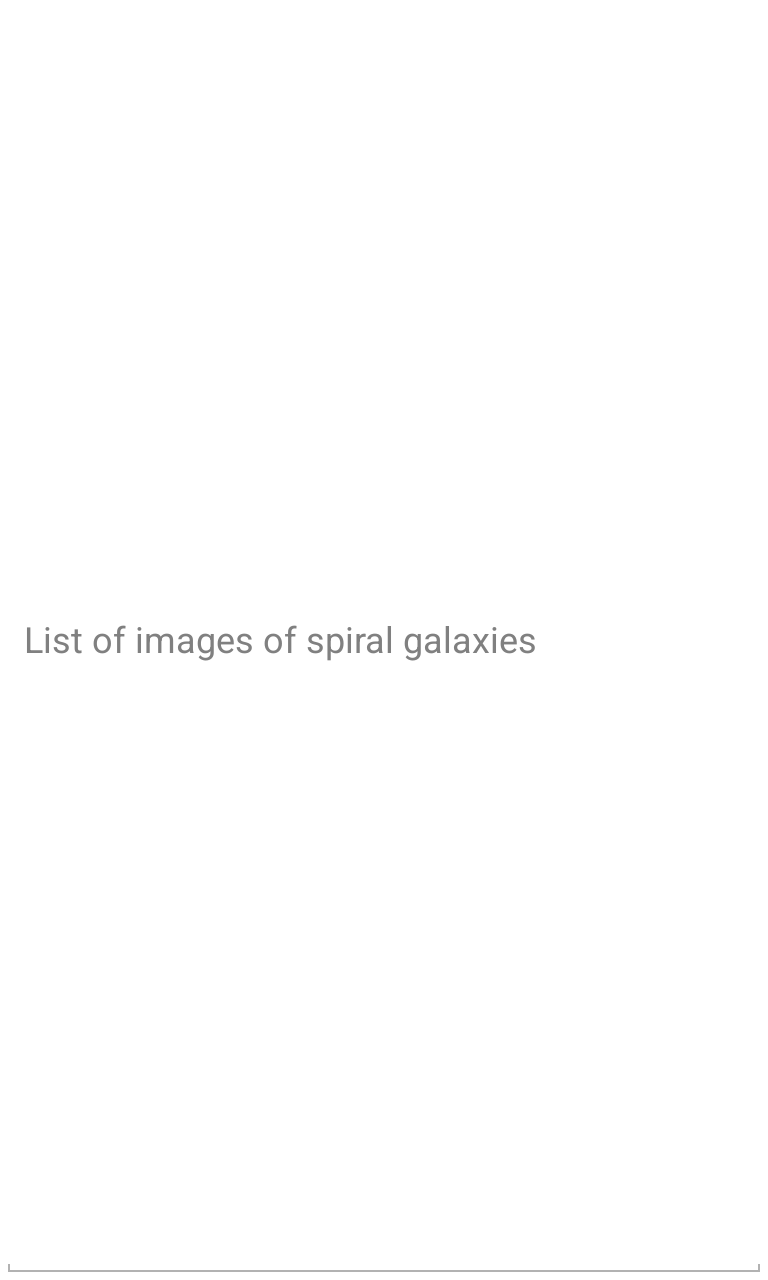
Repository: arianaantonio/Java2_Antonio
Layout: SpaceImageViewer/res/layout/preferences_dialog.xml
These files come from the project's save history. The layout is drawn as it stood at one moment and after the next save; the edit follows.
It is drawn on a 768 x 1280 px phone screen (xhdpi) without system bars, with theme AppTheme; the app's code is not run.

Above is the layout before, as saved 2014-07-30 02:15:49.

After the next save:
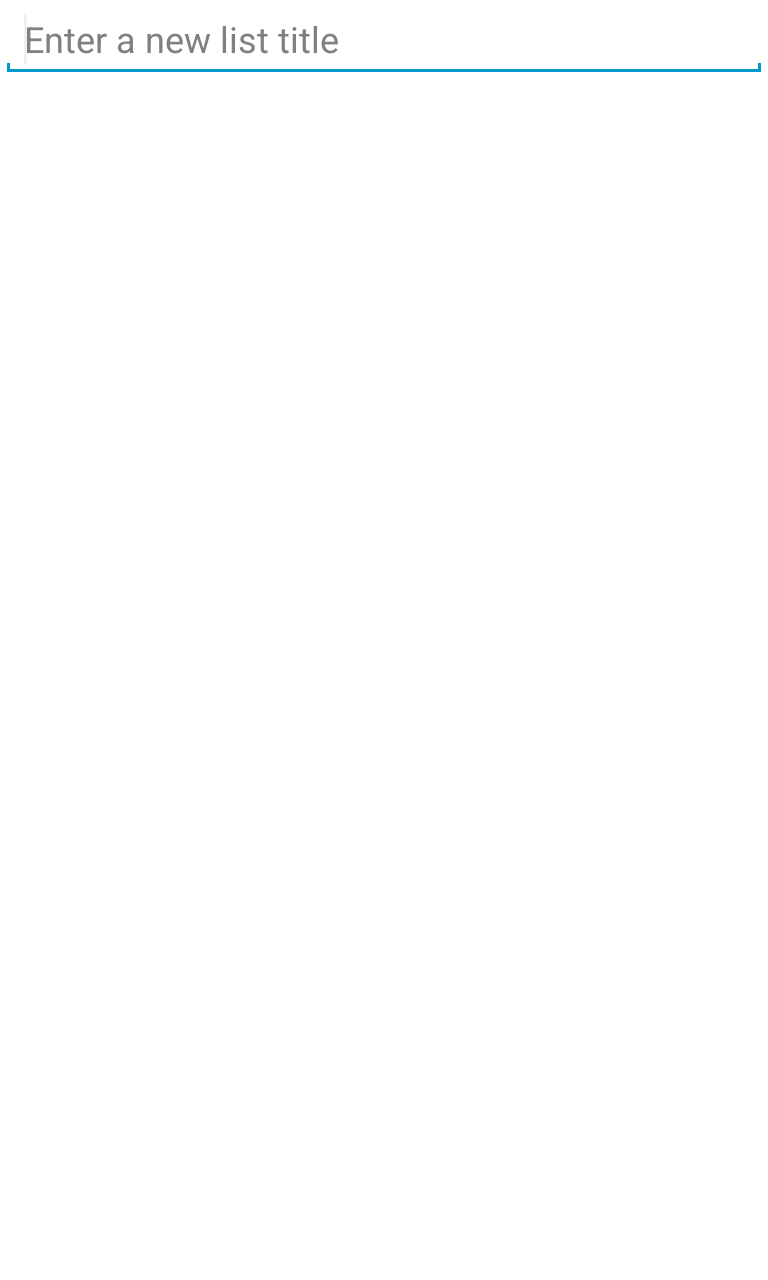
Saved 17 s later.
--- a/SpaceImageViewer/res/layout/preferences_dialog.xml
+++ b/SpaceImageViewer/res/layout/preferences_dialog.xml
@@ -1,11 +1,17 @@
 <?xml version="1.0" encoding="utf-8"?>
+<LinearLayout xmlns:android="http://schemas.android.com/apk/res/android"
+    android:layout_width="fill_parent"
+    android:layout_height="fill_parent" >
 
+    <EditText
+        android:id="@+id/editText1"
+        android:layout_width="wrap_content"
+        android:layout_height="wrap_content"
+        android:layout_weight="1"
+        android:ems="10"
+        android:hint="@string/textview_hint" >
 
-    <EditText xmlns:android="http://schemas.android.com/apk/res/android"
-        android:id="@+id/dialogTextInput"
-        android:layout_width="match_parent"
-        android:layout_height="wrap_content"
-        android:ems="10"
-        android:hint="@string/textview_text"
-        android:queryHint="@string/search_hint" >
+        <requestFocus />
     </EditText>
+
+</LinearLayout>
